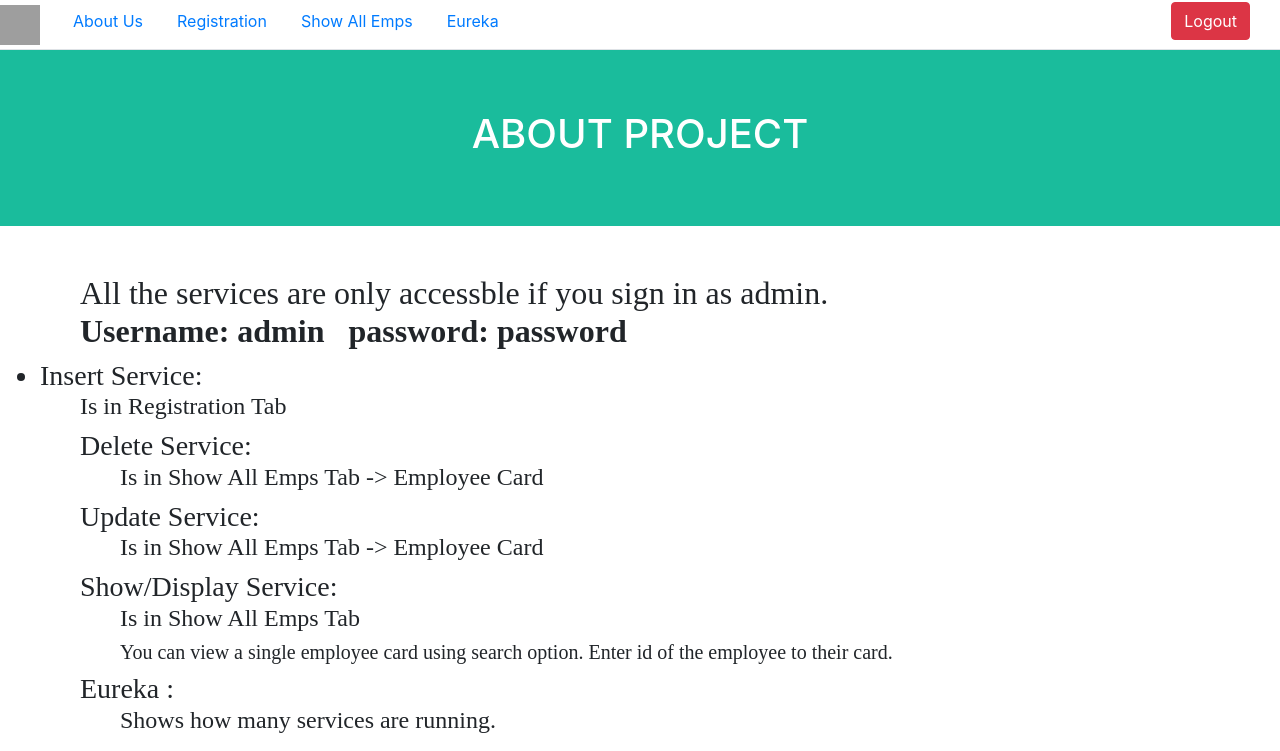
Repository: Shwetank-Chaudhary/EmployeeManagement-
Page: HomePage/src/main/webapp/AboutUs.html
The author's editor kept a copy of each file at every save. The page is drawn from the files as they stood at one save, then again after the next save.
The browser window is 1280 px wide. The pictures show the whole page.
Pictures or frames that could not be fetched are drawn as grey boxes.

Above is the page before, as saved 2024-01-01 17:26:57.

### HomePage/src/main/webapp/AboutUs.html
<!DOCTYPE html>
<html>

<head>
	<meta charset="UTF-8">
	<title>ABOUT PROJECT</title>
	<link rel="stylesheet" href="https://cdn.jsdelivr.net/npm/bootstrap@4.0.0/dist/css/bootstrap.min.css"
		integrity="sha384-Gn5384xqQ1aoWXA+058RXPxPg6fy4IWvTNh0E263XmFcJlSAwiGgFAW/dAiS6JXm" crossorigin="anonymous"
		type="text/css">

	<style>
		.header {
			padding: 60px;
			text-align: center;
			background: #1abc9c;
			color: white;
			font-size: 30px;
		}

		#logout {
			position: absolute;
			right: 30px;
			top: 2px;
		}
		.content{
			font-family: cursive;
		}
	</style>
</head>

<body>
	<ul class="nav nav-tabs">
		<!-- Logo -->
		<li class="nav-item">
			<a class="navbar-brand" href="Home.html">
				<img src="https://drive.google.com/uc?id=1iFuzqzRuZ8NSsH9akJaVqbD3UM7I9Yh6" alt="Logo" height="40"
					width="40">
			</a>
		</li>
		<li class="nav-item-active">
			<a class="nav-link" href="AboutUs.html">About Us</a>
		</li>
		<li class="nav-item">
			<a class="nav-link" href="./Registration.html">Registration</a>
		</li>
		<li class="nav-item">
			<a class="nav-link" href="ADMIN_showemp.html">Show All Emps</a>
		</li>
		<li class="nav-item">
			<a class="nav-link" href="http://localhost:8761/">Eureka</a>
		</li>

		<li class="nav-item">
			<a href="http://localhost:1080/logout"><button class="btn btn-danger" id="logout">Logout</button></a>
		</li>
	</ul>
	<div class="header">
		<h1>ABOUT PROJECT</h1>
	</div>
	<div class="content"><br><br>
	<ul>
		<ul><h2>All the services are only accessble if you sign in as admin.<br>
		<b>Username: admin &nbsp; password: password</b></h2></ul>
		<h3>
			<li>Insert Service:
			<h4><ul>Is in Registration Tab</li></h4>
		</h3>

		<h3>
			<ul>Delete Service:
			<h4><ul>Is in Show All Emps Tab -> Employee Card</ul></h4>
		</h3>

		<h3>
			<ul>Update Service:
			<h4><ul>Is in Show All Emps Tab -> Employee Card</ul></h4>
		</h3>

		<h3>
			<ul>Show/Display Service:
			<h4><ul>Is in Show All Emps Tab </ul></h4>
			<h5><ul>You can view a single employee card using search option. Enter id of the employee to their card.</ul></h5>
		</h3>

		<h3>
			<ul>Eureka :
			<h4><ul>Shows how many services are running.</ul></h4>
		</h3>
		</ul>
		</div>

</body>

</html>

After the next save:
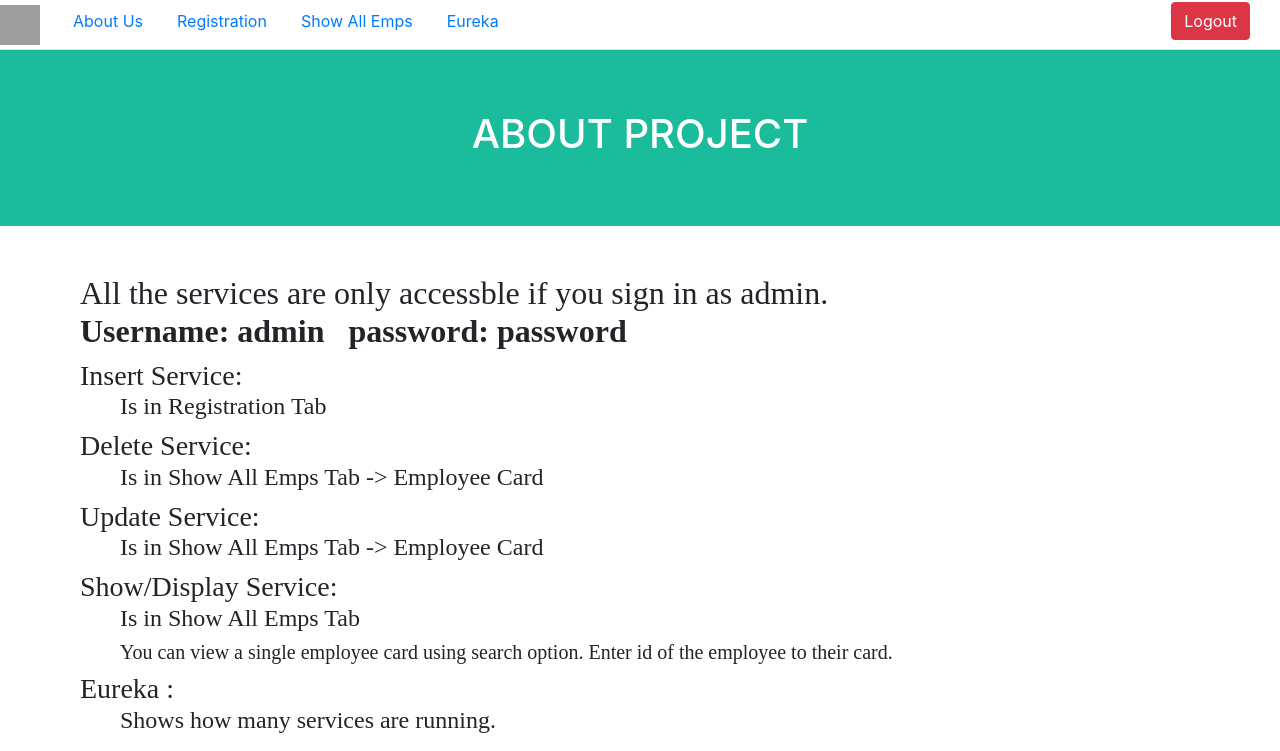
Saved 32 s later.
--- a/HomePage/src/main/webapp/AboutUs.html
+++ b/HomePage/src/main/webapp/AboutUs.html
@@ -62,8 +62,8 @@
 		<ul><h2>All the services are only accessble if you sign in as admin.<br>
 		<b>Username: admin &nbsp; password: password</b></h2></ul>
 		<h3>
-			<li>Insert Service:
-			<h4><ul>Is in Registration Tab</li></h4>
+			<ul>Insert Service:
+			<h4><ul>Is in Registration Tab</ul></h4>
 		</h3>
 
 		<h3>
